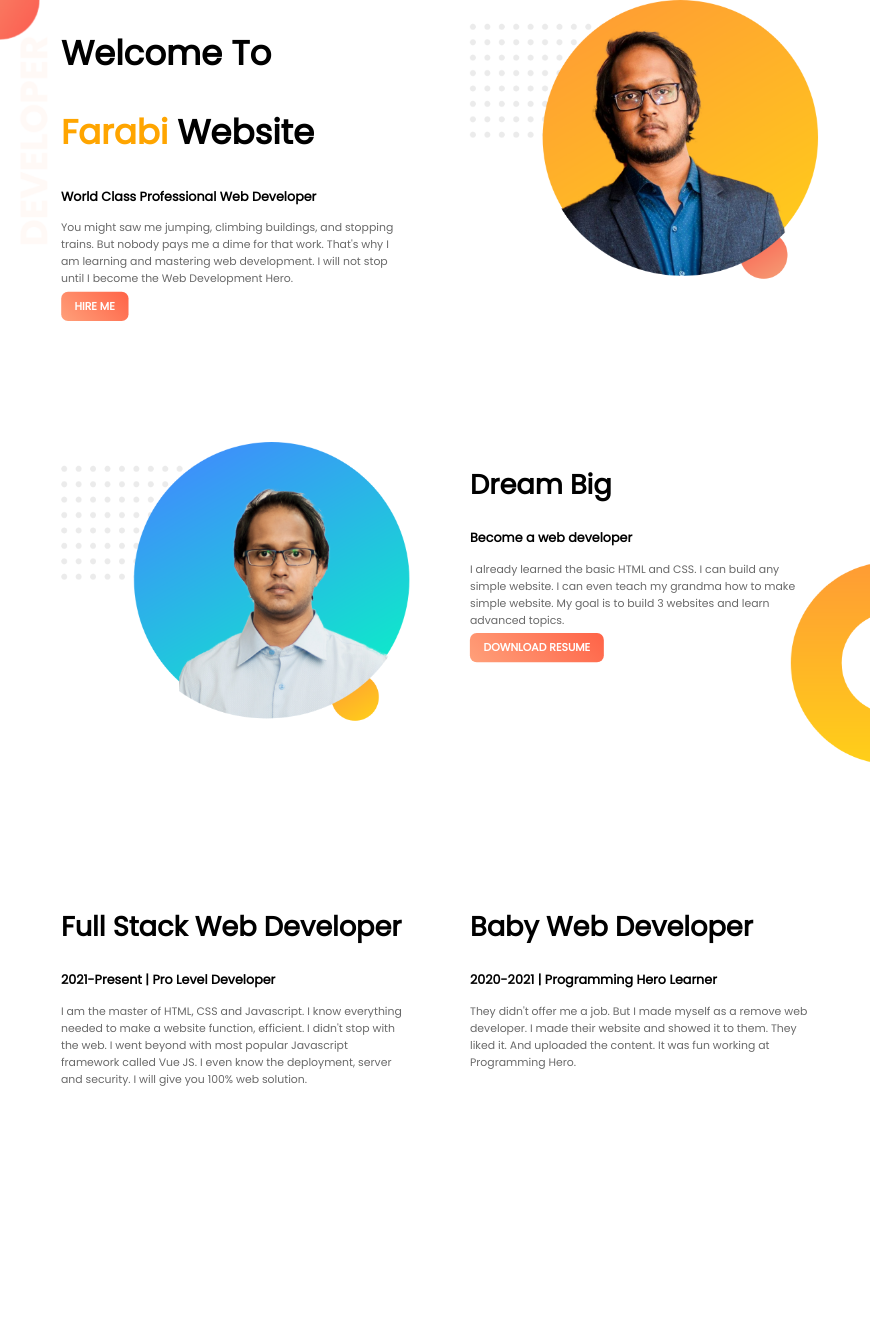
Repository: mohsinfarabi/web-portfolio
Page: index.html
These files come from the project's save history. The page is drawn as it stood at one moment and after the next save; the edit follows.
The browser window is 1280 px wide. The pictures show the whole page, at 68% of full size.

Above is the page before, as saved 2020-06-30 23:44:04.

After the next save:
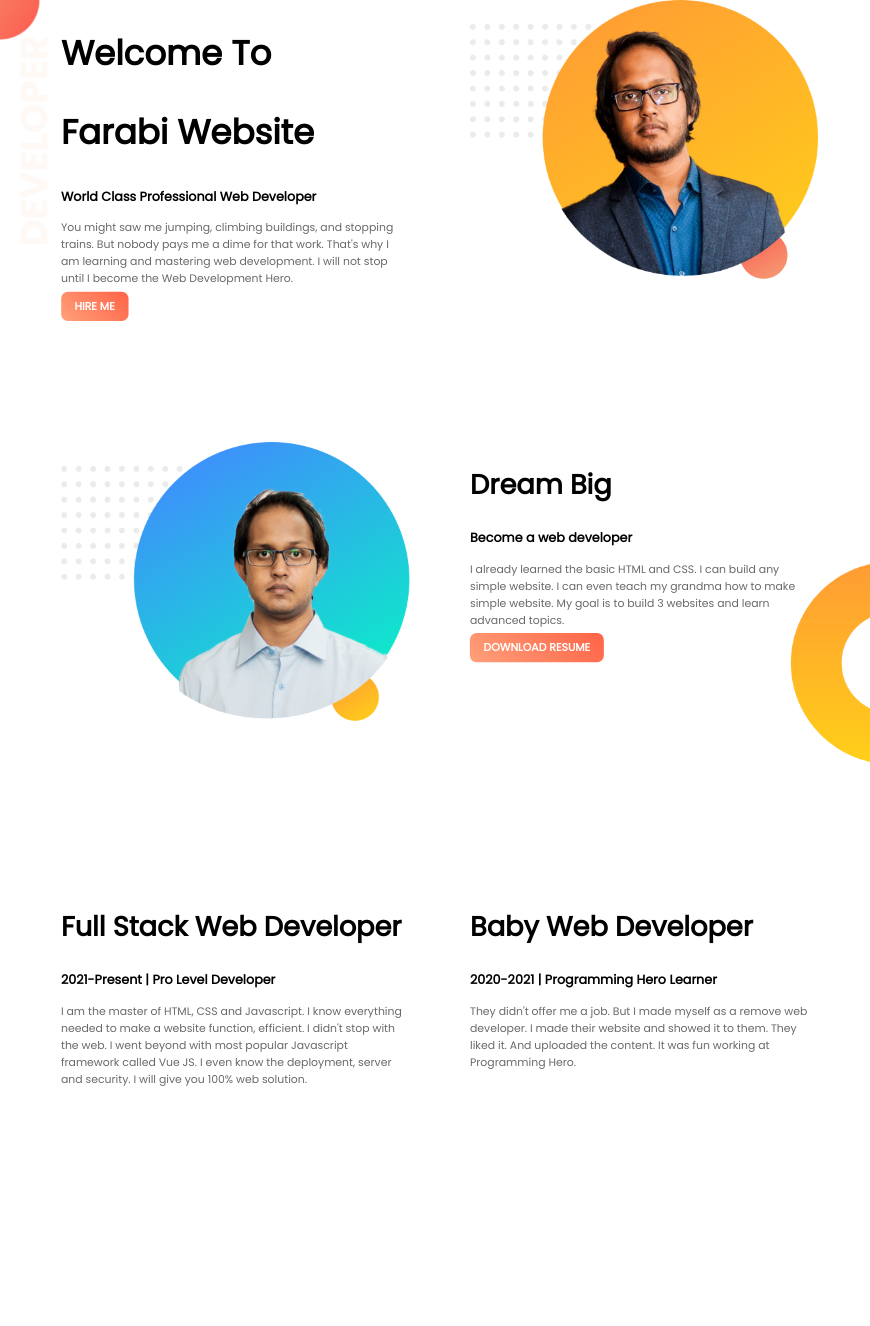
Saved 2 min 55 s later.
--- a/index.html
+++ b/index.html
@@ -13,7 +13,7 @@
     <section class="top-banner">
         <div class="half-width">
             <h1>Welcome To</h1>
-            <h1><span class="name-highlight">Farabi</span> Website</h1>
+            <h1><span class="orange-highlight">Farabi</span> Website</h1>
             <h3>World Class Professional Web Developer</h3>
             <p>You might saw me jumping, climbing buildings, and stopping trains. But nobody pays me a dime for that work. That's why I am learning and mastering web development. I will not stop until I become the Web Development Hero.</p>
             <a class="link-button" target="_blank" href="https://www.linkedin.com/in/mohsin-farabi-68655040/">HIRE ME</a>

After the save that followed:
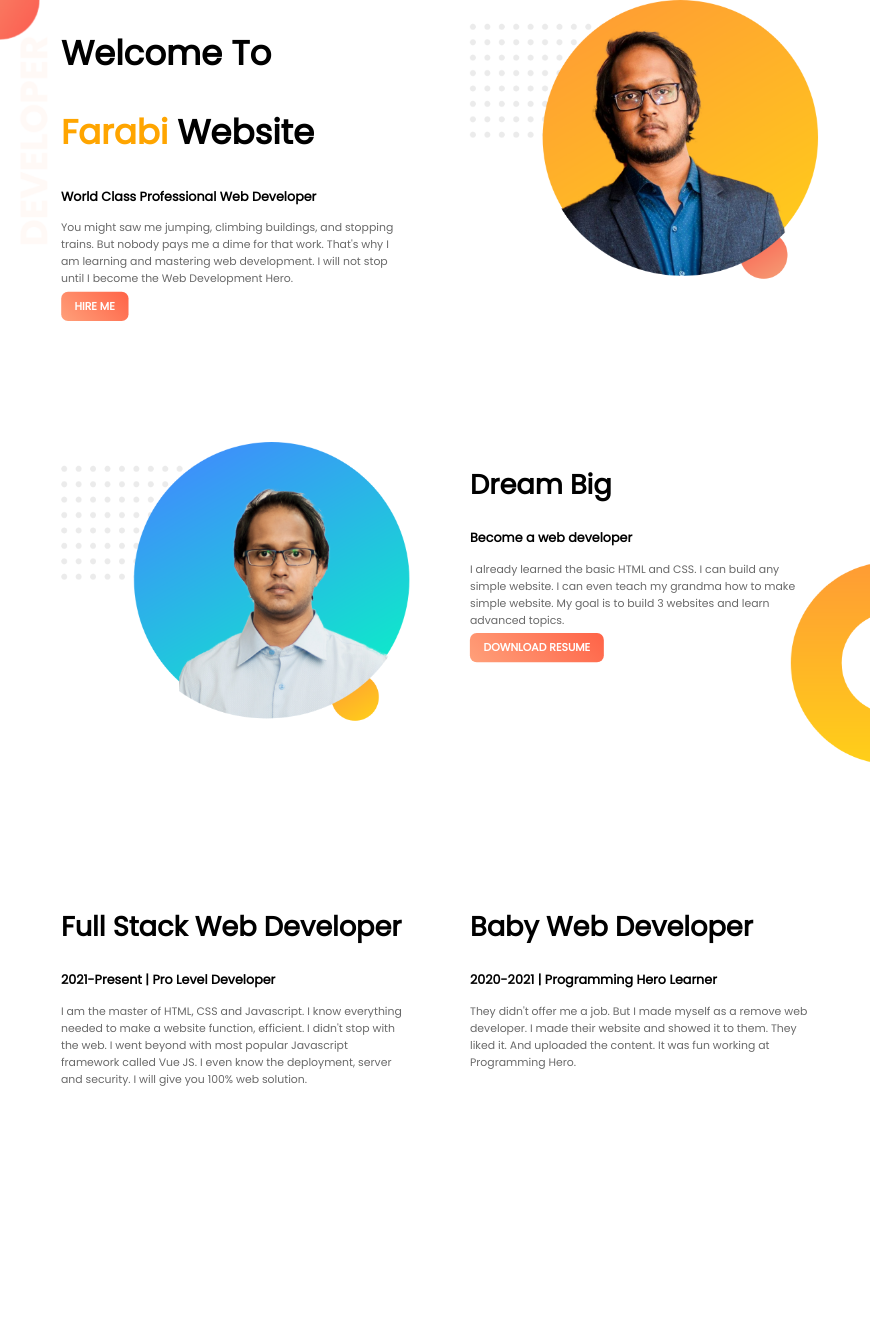
Saved 7 s later.
--- a/style.css
+++ b/style.css
@@ -15,7 +15,7 @@ p {
     color: dimgray;
 }
 
-.name-highlight {
+.orange-highlight {
     color: orange;
 }
 
